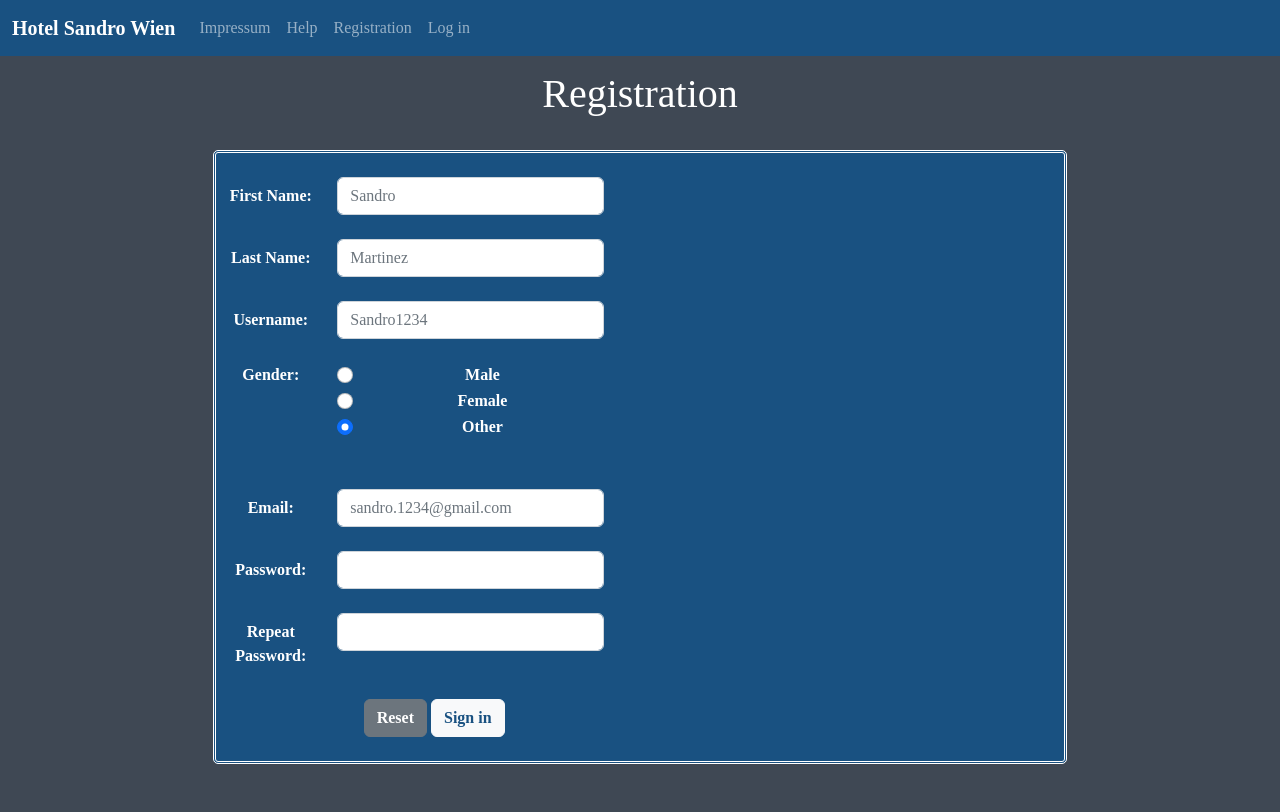
Repository: TIS0N/Hotel_Sandro
Page: http://localhost/pages/registration.php
These files come from the project's save history. The page is drawn as it stood at one moment and after the next save; the edit follows.
The browser window is 1280 px wide. The pictures show the whole page.
The page is run by PHP 8.4 with error messages shown; the project is at /var/www/html/.

Above is the page before, as saved 2022-10-10 23:21:32.

### pages/registration.php
<!DOCTYPE html>
<html lang="en">
<head>
    <meta charset="UTF-8">
    <meta http-equiv="X-UA-Compatible" content="IE=edge">
    <meta name="viewport" content="width=device-width, initial-scale=1.0">
    <link href="https://cdn.jsdelivr.net/npm/bootstrap@5.2.2/dist/css/bootstrap.min.css" rel="stylesheet" integrity="sha384-Zenh87qX5JnK2Jl0vWa8Ck2rdkQ2Bzep5IDxbcnCeuOxjzrPF/et3URy9Bv1WTRi" crossorigin="anonymous">
    <script src="https://cdn.jsdelivr.net/npm/bootstrap@5.2.2/dist/js/bootstrap.bundle.min.js" integrity="sha384-OERcA2EqjJCMA+/3y+gxIOqMEjwtxJY7qPCqsdltbNJuaOe923+mo//f6V8Qbsw3" crossorigin="anonymous"></script>
    <link rel="stylesheet" href="../res/css/stylesheet.css">
    <title>Hotel Sandro Wien - Sign In</title>
</head>
<body id="body">

<?php
include "../inc/navigation.php";
?>
    <h1>Registration</h1><br>

    <div class="container text-center col-8">
        <div class="row justify-content-center">
            <div class="col-6">
                <form action="">
                </form>
            </div>
            <div class="col-6">
            </div>
        </div>
    </div>


    <div id="formular" class="container tex-center col-8">
        <div class="row justify-content-center">
            <div class="container text-center">
                    <div class="row align-items-start">
                        <form action="">
                            <div class="col-sm-5 col-md-6">
                            <br><div class="row mb-4">
                                    <label for="fname" class="col-sm-3 col-form-label"><strong>First Name:</strong></label>
                                    <div class="col-sm-8">
                                        <input type="text" class="form-control" id="fname" placeholder="Sandro">
                                    </div>
                                </div>
                                <div class="row mb-4">
                                    <label for="lname" class="col-sm-3 col-form-label"><strong>Last Name:</strong></label>
                                    <div class="col-sm-8">
                                        <input type="text" class="form-control" id="lname" placeholder="Martinez">
                                    </div>
                                </div>
                                <div class="row mb-4">
                                    <label for="username" class="col-sm-3 col-form-label"><strong>Username:</strong></label>
                                    <div class="col-sm-8">
                                        <input type="text" class="form-control" id="username" placeholder="Sandro1234">
                                    </div>
                                </div>

                                <fieldset class="row mb-4">
                                    <legend class="col-form-label col-sm-3 pt-0"><strong>Gender:</strong></legend>
                                    <div class="col-sm-8">
                                    <div class="form-check">
                                        <input class="form-check-input" type="radio" name="gridRadios" id="male" value="option1" checked>
                                        <label class="form-check-label" for="male"><strong>Male</strong></label>
                                    </div>
                                    <div class="form-check">
                                        <input class="form-check-input" type="radio" name="gridRadios" id="female" value="option1" checked>
                                        <label class="form-check-label" for="female"><strong>Female</strong></label>
                                    </div>
                                    <div class="form-check">
                                        <input class="form-check-input" type="radio" name="gridRadios" id="other" value="option1" checked>
                                        <label class="form-check-label" for="other"><strong>Other</strong></label>
                                    </div>

                                    </div>
                                </fieldset>

                            </div>
                            <div class="col-sm-5 offset-sm-2 col-md-6 offset-md-0">
                                <br><div class="row mb-4">
                                    <label for="email" class="col-sm-3 col-form-label"><strong>Email:</strong></label>
                                        <div class="col-sm-8">
                                            <input type="email" class="form-control" id="email" placeholder="sandro.1234@gmail.com">
                                        </div>
                                </div>
                                <div class="row mb-4">
                                    <label for="password" class="col-sm-3 col-form-label"><strong>Password:</strong></label>
                                        <div class="col-sm-8">
                                            <input type="password" class="form-control" id="password">
                                        </div>
                                </div>
                                <div class="row mb-4">
                                    <label for="password2" class="col-sm-3 col-form-label"><strong>Repeat Password:</strong></label>
                                    <div class="col-sm-8">
                                        <input type="password" class="form-control" id="password2">
                                    </div>
                                </div>
                                <button type="reset" class="btn btn-secondary"><strong>Reset</strong></button>
                                <button type="submit" class="btn btn-light" style="color: #195181;"><strong>Sign in</strong></button><br><br>
                            </div>
                        </form>
                    </div>
                </div>
            </div>
        </div>
    </div>
</body>
</html>

### inc/navigation.php
<?php
    if(file_exists("./index.php")){
        $includePath = ".";
    }
    else{
        $includePath = "..";
    }
?>

<div id="navBar">
        <nav class="navbar fixed-top navbar-expand-lg navbar-dark" style="background-color: #195181;">
            <div class="container-fluid">
                <a class="navbar-brand" href= <?php echo "$includePath/index.php"?> style="color: rgb(255, 255, 255);"><strong>Hotel Sandro Wien</strong></a>
                <button class="navbar-toggler" type="button" data-bs-toggle="collapse" data-bs-target="#navbarNav" aria-controls="navbarNav" aria-expanded="false" aria-label="Toggle navigation">
                    <span class="navbar-toggler-icon"></span>
                </button>
                <div class="collapse navbar-collapse" id="navbarNav">
                    <ul class="navbar-nav">
                        <li class="nav-item">
                            <a class="nav-link"href= <?php echo "$includePath/pages/impressum.php"?> class="navbar-brand">Impressum</a>
                        </li>
                        <li class="nav-item">
                            <a class="nav-link" href=<?php echo "$includePath/pages/help.php"?> class="navbar-brand">Help</a>
                        </li>
                        <li class="nav-item">
                            <a class="nav-link" href=<?php echo "$includePath/pages/registration.php"?> class="navbar-brand">Registration</a>
                        </li>
                        <li class="nav-item">
                            <a class="nav-link" href=<?php echo "$includePath/pages/login.php"?> class="navbar-brand">Log in</a>
                        </li>

                    </ul>
                </div>
            </div>
        </nav>
    </div>

### res/css/stylesheet.css
#body{
    background-color: rgb(63, 72, 84);
    color: rgb(255, 255, 255);
    padding-top: 70px;
    text-align: center;
    font-family: cursive;
}

#hotelSandroPhoto{
    width: 600px;
    height: 450px;
}

#formular{
    background-color: #195181;
    border-radius: 5px;
    border-color: rgb(255, 255, 255);
    border-style: double;
}

After the next save:
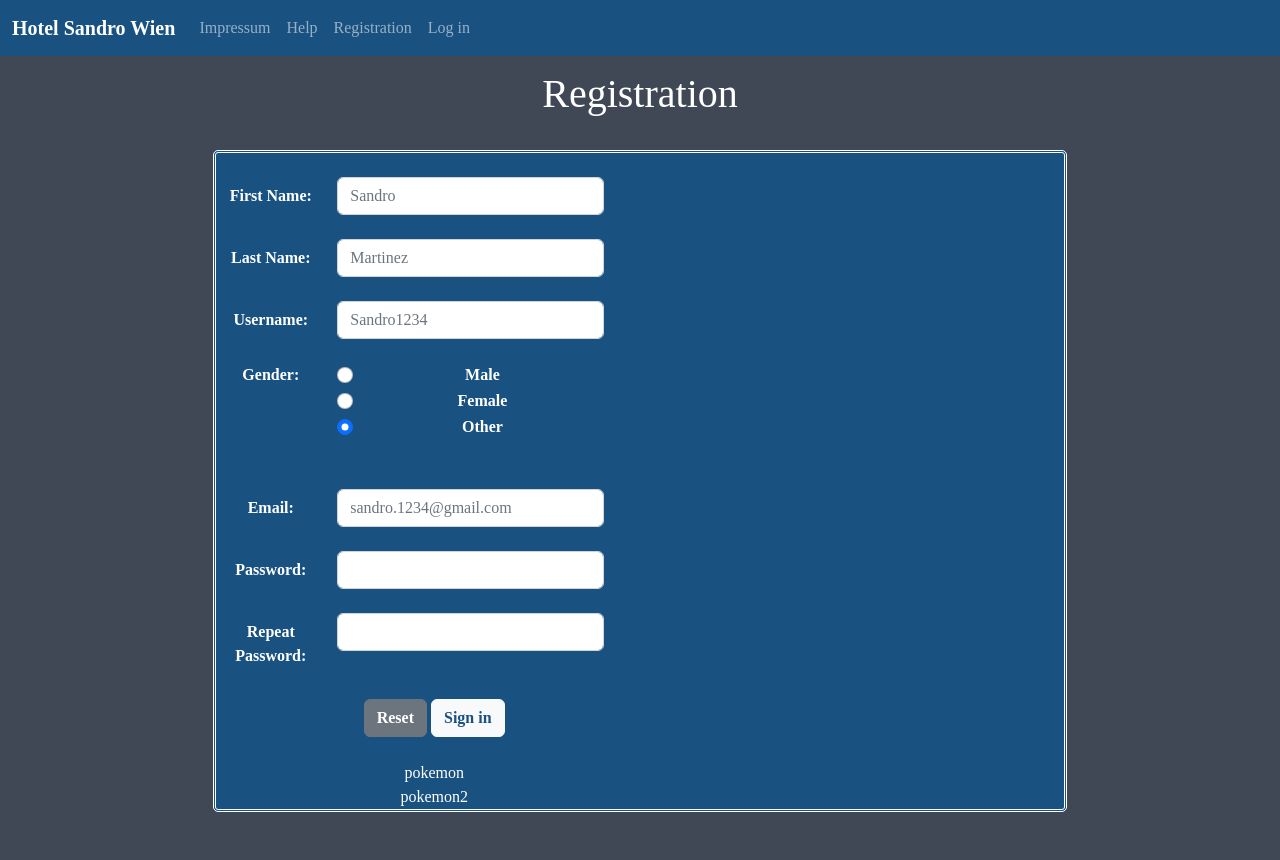
Saved 90 s later.
--- a/pages/registration.php
+++ b/pages/registration.php
@@ -95,6 +95,13 @@
                                 <button type="reset" class="btn btn-secondary"><strong>Reset</strong></button>
                                 <button type="submit" class="btn btn-light" style="color: #195181;"><strong>Sign in</strong></button><br><br>
                             </div>
+
+                            <div class="col-sm-5 col-md-6">
+                                pokemon
+                            </div>
+                            <div class="col-sm-5 offset-sm-2 col-md-6 offset-md-0">
+                                pokemon2
+                            </div>
                         </form>
                     </div>
                 </div>

After the save that followed:
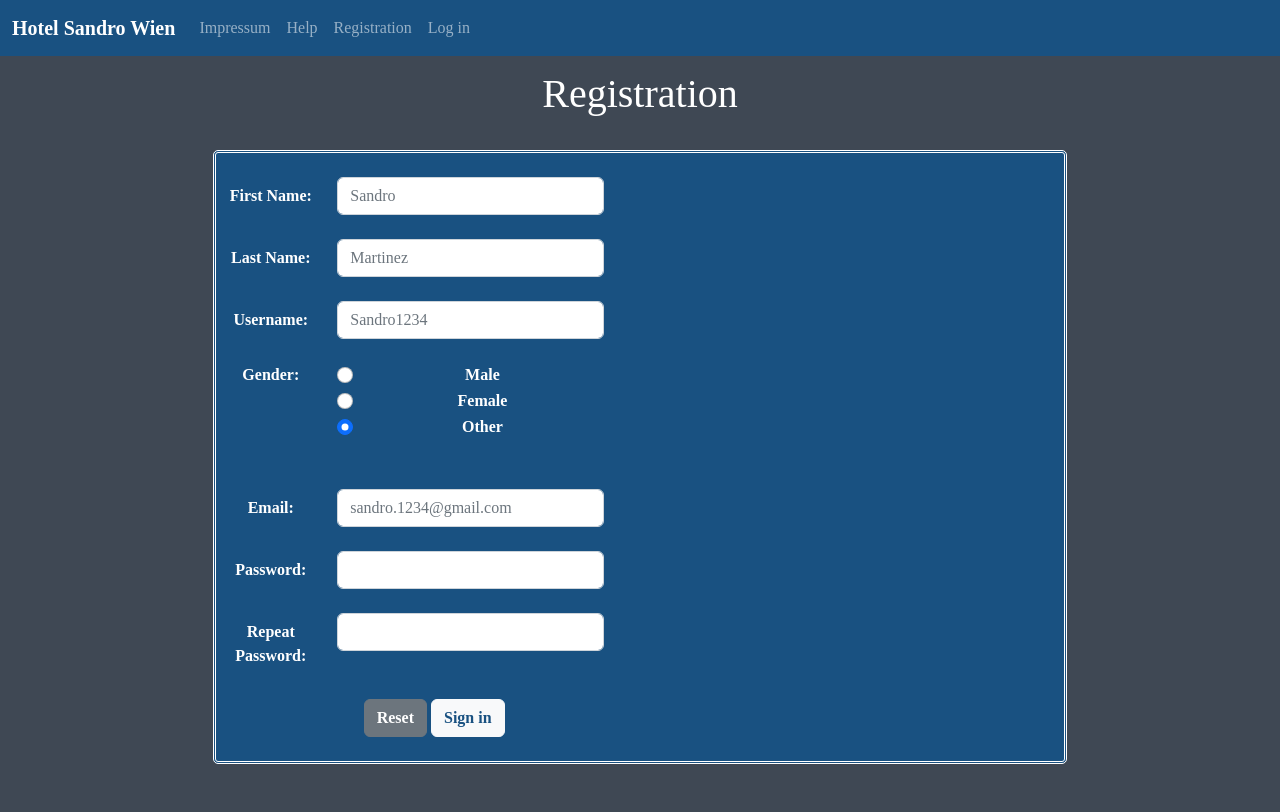
Saved 13 s later.
--- a/pages/registration.php
+++ b/pages/registration.php
@@ -95,13 +95,6 @@
                                 <button type="reset" class="btn btn-secondary"><strong>Reset</strong></button>
                                 <button type="submit" class="btn btn-light" style="color: #195181;"><strong>Sign in</strong></button><br><br>
                             </div>
-
-                            <div class="col-sm-5 col-md-6">
-                                pokemon
-                            </div>
-                            <div class="col-sm-5 offset-sm-2 col-md-6 offset-md-0">
-                                pokemon2
-                            </div>
                         </form>
                     </div>
                 </div>
